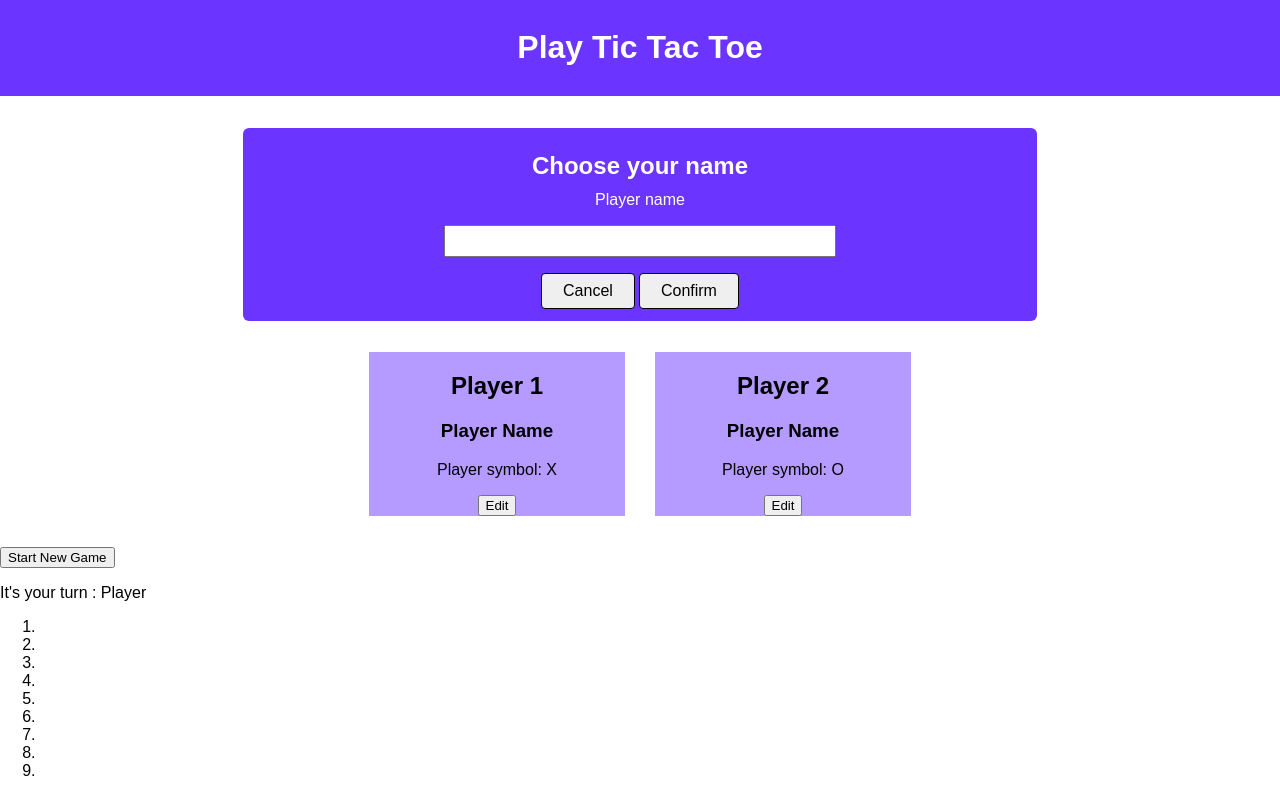
Repository: Harjot00/Wevdev
Page: Tic tac toe/index.html
An editor plug-in stored every save of this project. The page is shown before and after the next save, followed by the edit.
The browser window is 1280 px wide. The pictures show the whole page.
Some web fonts or font styles are not loaded; a fallback is used.

Above is the page before, as saved 2022-05-21 00:29:46.

### Tic tac toe/index.html
<!DOCTYPE html>
<html lang="en">
<head>
    <meta charset="UTF-8">
    <meta http-equiv="X-UA-Compatible" content="IE=edge">
    <meta name="viewport" content="width=device-width, initial-scale=1.0">
    <link rel="stylesheet" href="styles.css">
    <link href="https://fonts.googleapis.com/css2?family=Roboto:wght@100&family=Send+Flowers&display=swap" rel="stylesheet">
    <title>Tic Tac Toe</title>

</head>
<body>
    <header>
        <h1>Play Tic Tac Toe</h1>

    </header>
    <main>
        <aside>
            <h2>Choose your name</h2>
            <form >
                <div>
                    <label for = "playername">Player name</label>
                    <input type="text" name="username" id="username"/>

                </div>
                <div id = "btn-div">
                    <button type="button"> Cancel</button>
                    <button type="submit">Confirm</button>
                </div>
            </form>
        </aside>
        <div id="gamestyle">
            <ol>
                <li>
                    <h2>Player 1</h2>
                    <h3>Player Name</h3>
                    <p>Player symbol: X</p>
                    <button>Edit</button>
                </li>
                <li>
                    <h2>Player 2</h2>
                    <h3>Player Name</h3>
                    <p>Player symbol: O</p>
                    <button>Edit</button>
                </li>
            </ol>
            <button>Start New Game</button>
        </div>
         <section id="active-game">
             <p>It's your turn : Player</p>
             <ol>
                 <li></li>
                 <li></li>
                 <li></li>
                 <li></li>
                 <li></li>
                 <li></li>
                 <li></li>
                 <li></li>
                 <li></li>
             </ol>
         </section>
    </main>

</body>
</html>

### Tic tac toe/styles.css
@import url('https://fonts.googleapis.com/css2?family=Roboto:wght@100&family=Send+Flowers&display=swap');
body{
    font-family: 'Montserrat', sans-serif;
    margin: 0;
    padding: 0;
}
header{
    background-color: #6b35ff;
    margin:0 0 2rem 0;
    padding: 0.5rem 0;
    color:white;
    text-align: center;
}
aside {
    text-align: center;
    margin:1rem auto;
    width:60vw;
    color:white;
    padding:0.8rem;
    background-color:#6b35ff;
    overflow: wrapped;
    border-radius: 6px;
}
aside h2{
    margin:0.7rem 0;
}
aside input {
    display:block;
    margin:1rem auto;
    height:1.6rem;
    width:50%;
}
#btn-div button{
    padding:0.5rem 1.3rem;
    font-size:1rem;
    border:1px solid black;
    border-radius: 4px;
}

#btn-div button:hover{
    background-color: #895eff;
    color:white;
    border-color: #441daf;
    cursor: pointer;
}
#gamestyle ol{
    display:flex;
    list-style: none;
    padding:0px;
    justify-content: center;
}
#gamestyle li{
    margin: 15px;
    width:20%;
    background-color: #b59aff;
    text-align:center;

};

After the next save:
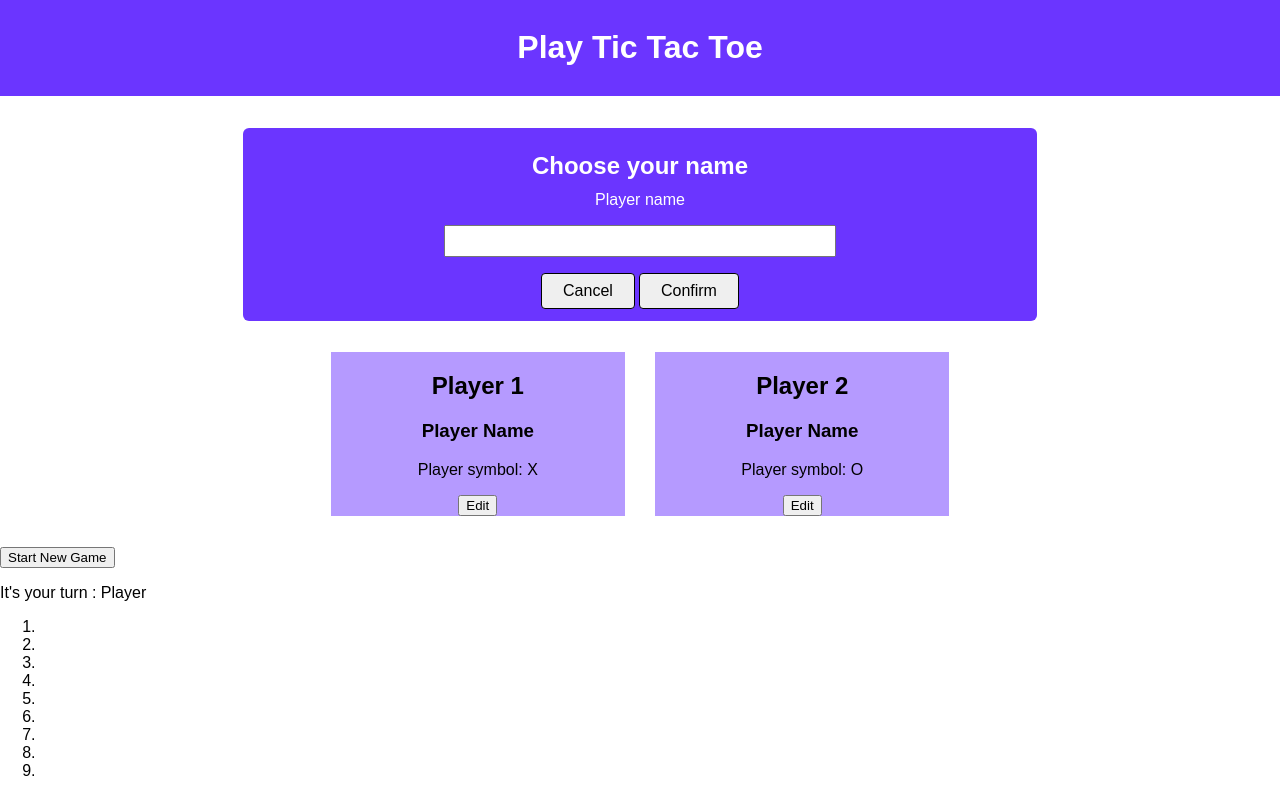
Saved 6 s later.
--- a/Tic tac toe/styles.css
+++ b/Tic tac toe/styles.css
@@ -51,7 +51,7 @@ aside input {
 }
 #gamestyle li{
     margin: 15px;
-    width:20%;
+    width:23%;
     background-color: #b59aff;
     text-align:center;
 
